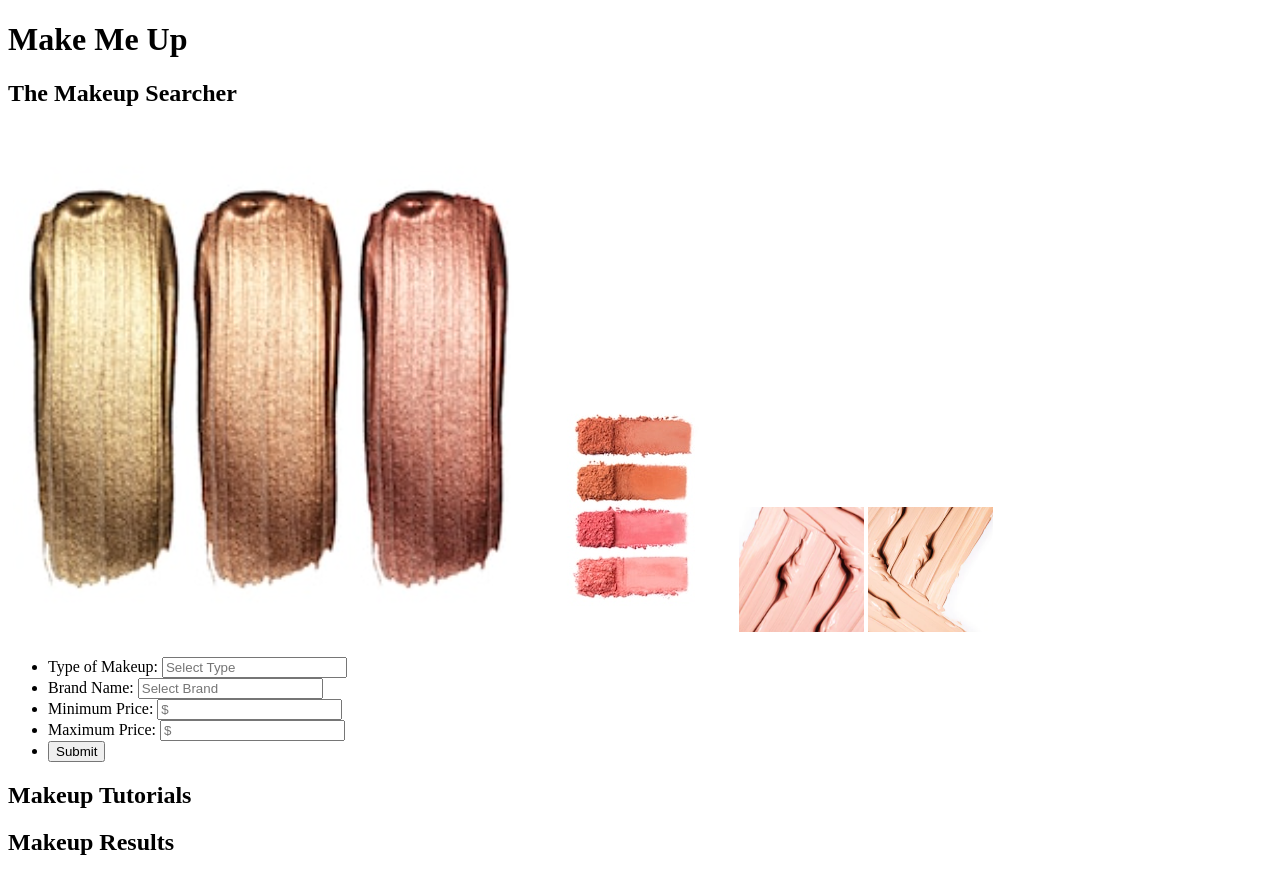
Repository: kaitlynMidori/MakeMeUp
Page: index.html
The author's editor kept a copy of each file at every save. The page is drawn from the files as they stood at one save, then again after the next save.
The browser window is 1280 px wide. The pictures show the whole page.

Above is the page before, as saved 2020-12-14 12:02:16.

After the next save:
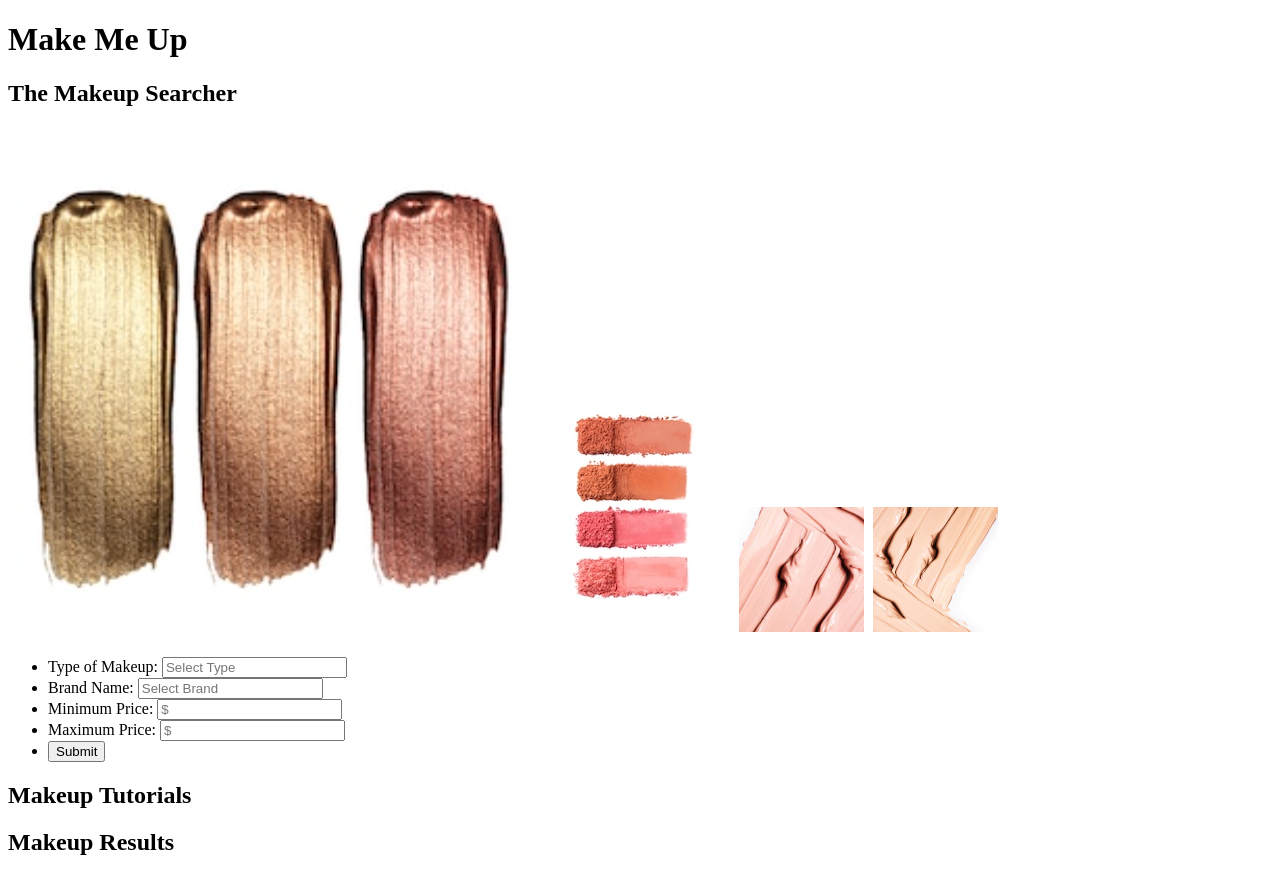
Saved 41 s later.
--- a/index.html
+++ b/index.html
@@ -21,7 +21,7 @@
         <img src="images/smear2.png" alt="lipstick smear" >
         <img src="images/smear4.jpg" alt="concealer smear">
         <img src="images/smear3.png" alt="blush smear" height="125px" width="125px" style="padding-top: 15px;">
-        <img src="images/smear1.png" alt="eyeshadow smear" height="125px" width="125px" style="padding-top: 15px;">
+        <img src="images/smear1.png" alt="eyeshadow smear" height="125px" width="125px" style="padding-top: 15px;padding-left: 5px;">
     </div>
 
     <div class="form-container">
